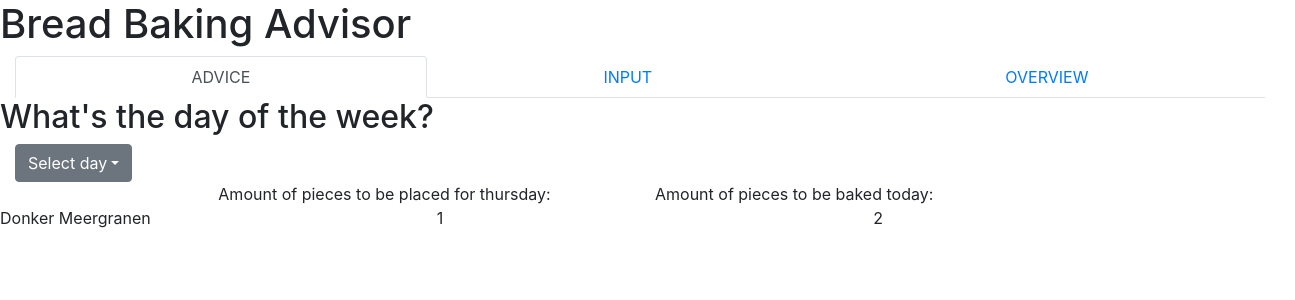
Repository: MarthGimenzo/bread-baking-advisor
Page: index.html
The author's editor kept a record of every edit. The page is drawn from the files as they stood at one moment, then again after the next edit.
The browser window is 1280 px wide. The page is 1295 px wide, so the pictures cover 1295 px, including what lies to the right of the window. The pictures show the whole page.

Above is the page before.

After the next edit:
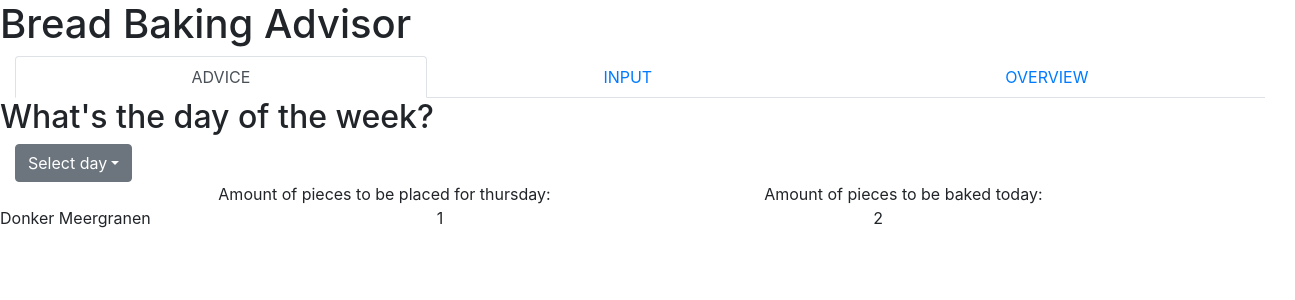
The edit:
--- a/index.html
+++ b/index.html
@@ -46,7 +46,7 @@
         <div class="col-2">
 
         </div>
-        <div class="col-4">
+        <div class="col-5">
             Amount of pieces to be placed for thursday:
         </div>
         <div class="col-4">
